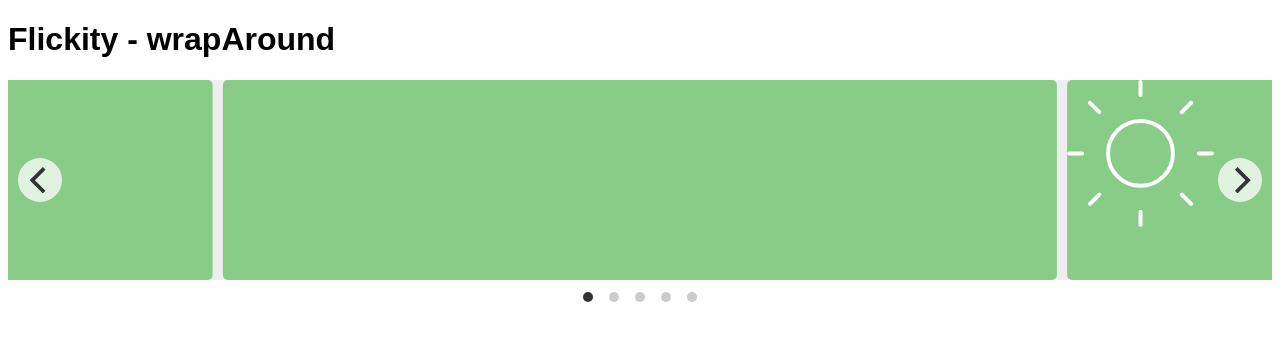
Repository: tongdkhai/Graphic-Art-Mart
Page: test/test.html
These files come from the project's save history. The page is drawn as it stood at one moment and after the next save; the edit follows.
The browser window is 1280 px wide. The pictures show the whole page.

Above is the page before, as saved 2022-10-26 09:08:59.

After the next save:
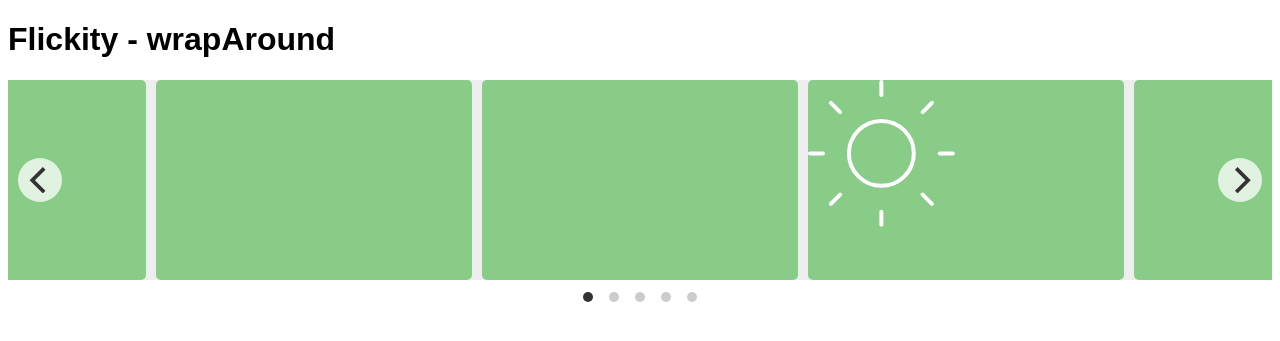
Saved 19 s later.
--- a/test/test.html
+++ b/test/test.html
@@ -127,7 +127,7 @@ body { font-family: sans-serif; }
 }
 
 .carousel-cell {
-  width: 66%;
+  width: 25%;
   height: 200px;
   margin-right: 10px;
   background: #8C8;
